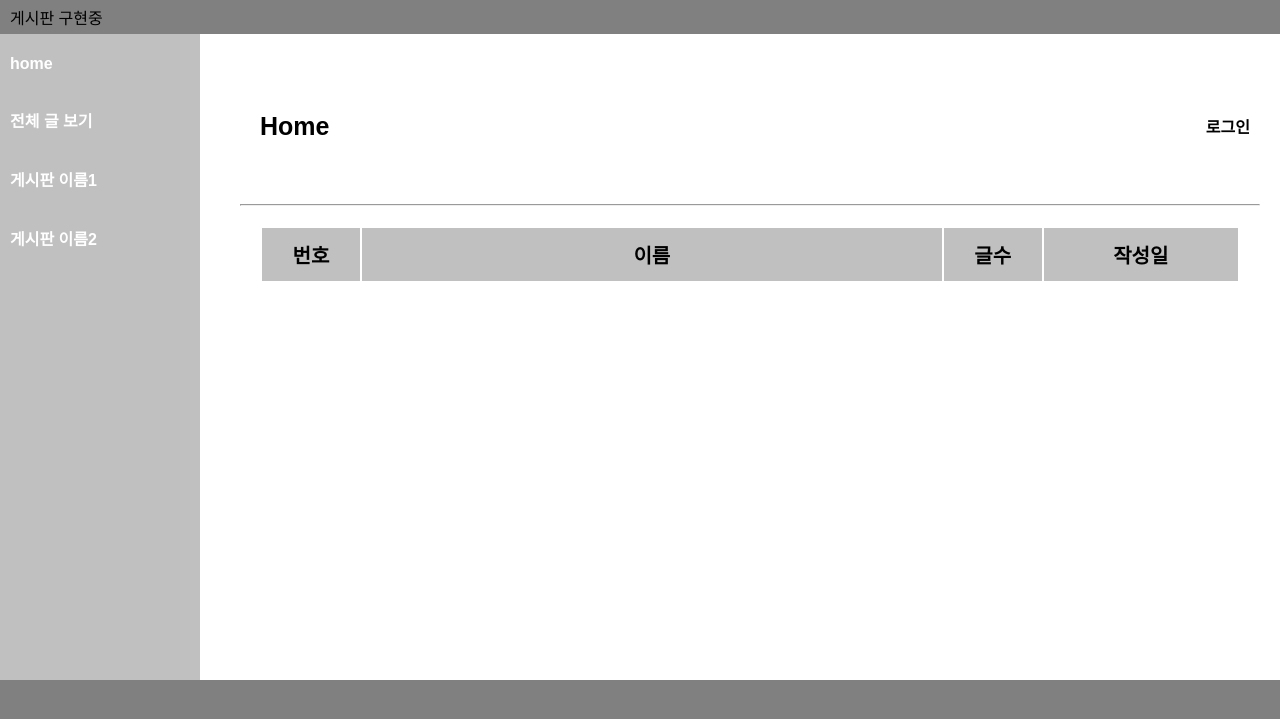
Repository: hyeon-jin-park/study
Page: work/internet_programing/Test_final/public/i.html
The author's editor kept a copy of each file at every save. The page is drawn from the files as they stood at one save, then again after the next save.
The browser window is 1280 px wide. The pictures show the whole page.

Above is the page before, as saved 2025-03-14 06:59:02.

### work/internet_programing/Test_final/public/i.html
<!DOCTYPE html>
<html lang="ko">
<head>

    <meta charset="UTF-8">
    <meta name="viewport" content="width=device-width, initial-scale=1.0">
    <title>home.html</title>
	<link rel="stylesheet" href="layout.css">
	<link rel="stylesheet" href="board.css">
	<style>
	* { margin: 0; padding: 0; box-sizing: border-box; }
	body { font-family: Arial, sans-serif; }
	</style>

</head>


<body>

    <div class="header">
        <div class="header_name">게시판 구현중</div>



    </div>
    <div class="sidebar">
    	<ul class="sidebar">
    		<li><a href="home.html">home</a></li>
    		<li><a href="#">전체 글 보기</a></li>
    		<li><a href="#">게시판 이름1</a></li>
    		<li><a href="#">게시판 이름2</a></li>

    	</ul>
    </div>
    <div class="content">
    	<div class="board_title">
    		<h1>Home</h1>
    		<a href="#">로그인</a>
    	</div>
    	<br>
    	<br>
    	<hr>
    	<div class="board">
    		<table class="header_elements">
    			<tr style ="background-color: silver">
    				<th>번호</th>
    				<th>이름</th>
    				<th>글수</th>
    				<th>작성일</th>
    			</tr>
    		</table>
    	</div>
    </div>

    <div class="footer">
    	<h1></h1>
    </div>

</body>
</html>

### work/internet_programing/Test_final/public/layout.css
@charset "UTF-8";

.header {
            background-color: gray;
            color: black;
            padding: 5px 10px;
            display: flex;
            justify-content: space-between;
            align-items: center;
            width: 100%;
            position: fixed;
            z-index: 1000;
    		border-collapse: collapse;
    		table-layout: fixed;
        }


        .sidebar {
        	margin-top: 30px;
    		width: 200px;
    		background-color: silver;
    		color: black;
    		padding: 20px;
    		position: fixed;
    		height: 100vh;
    		top: 0;
    		left: 0;
		}

		.sidebar ul {
    		list-style: none;
    		padding: 0;
		}

		.sidebar ul li {
   		 margin: 15px 0;
		}

		.sidebar a {
    		text-decoration: none;
    		color: white;
   		    font-weight: bold;
   		 	display: block;
    		padding: 10px;
    		border-radius: 5px;
		}

		.sidebar a:hover {
    		background-color: #555;
		}


		.content {
			margin-top: 64px;
			position: fixed;
			z-index: 999;
    		margin-left: 220px;
    		padding: 20px;
		}
		.board_title{
			margin:10px;
			padding: 10px;
			display: flex;
            justify-content: space-between;
            align-items: center;
            width: 100%;
		}
		.board_title ul{
			list-style: none;
			padding:0;
		}

		.board_title a {
    		text-decoration: none;
    		color: black;
   		    font-weight: bold;
   		 	display: block;
    		padding: 10px;
    		border-radius: 5px;
		}

		.board_title h1{
			font-size: 25px;

		}


		.footer {
    		background-color: gray;
    		color: white;
    		text-align: center;
    		height: 40px;
    		padding: 5px 0;
    		position: fixed;
    		bottom: 0;
    		width: 100%;
    		z-index: 1000;
    		box-sizing: border-box;
		}

### work/internet_programing/Test_final/public/board.css
@charset "UTF-8";

.board {
	background-color: white;
	color: black;
	padding: 20px 20px;
	width: 100%;
}



.board th {
	padding: 12px;
    text-align: center;
    vertical-align: middle;
    font-size: 20px;
}

.board th:nth-child(1),
.board td:nth-child(1){
	width: 100px;
}
.board th:nth-child(2),
.board td:nth-child(2){
	width: 600px;
}
.board th:nth-child(3),
.board td:nth-child(3){
	width: 100px;
}
.board th:nth-child(4),
.board td:nth-child(4){
	width: 200px;
}

After the next save:
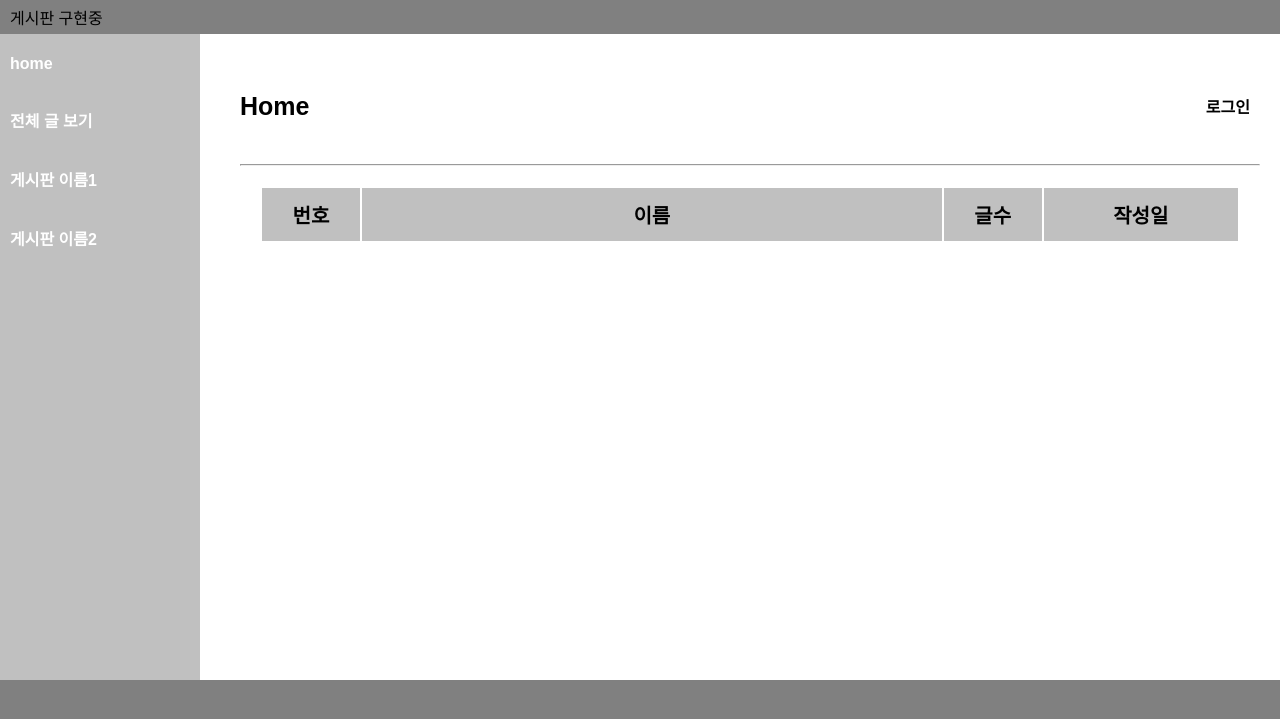
Saved 76 s later.
--- a/work/internet_programing/Test_final/public/layout.css
+++ b/work/internet_programing/Test_final/public/layout.css
@@ -58,8 +58,8 @@
     		padding: 20px;
 		}
 		.board_title{
-			margin:10px;
-			padding: 10px;
+			margin:0px;
+			padding: 0px;
 			display: flex;
             justify-content: space-between;
             align-items: center;
